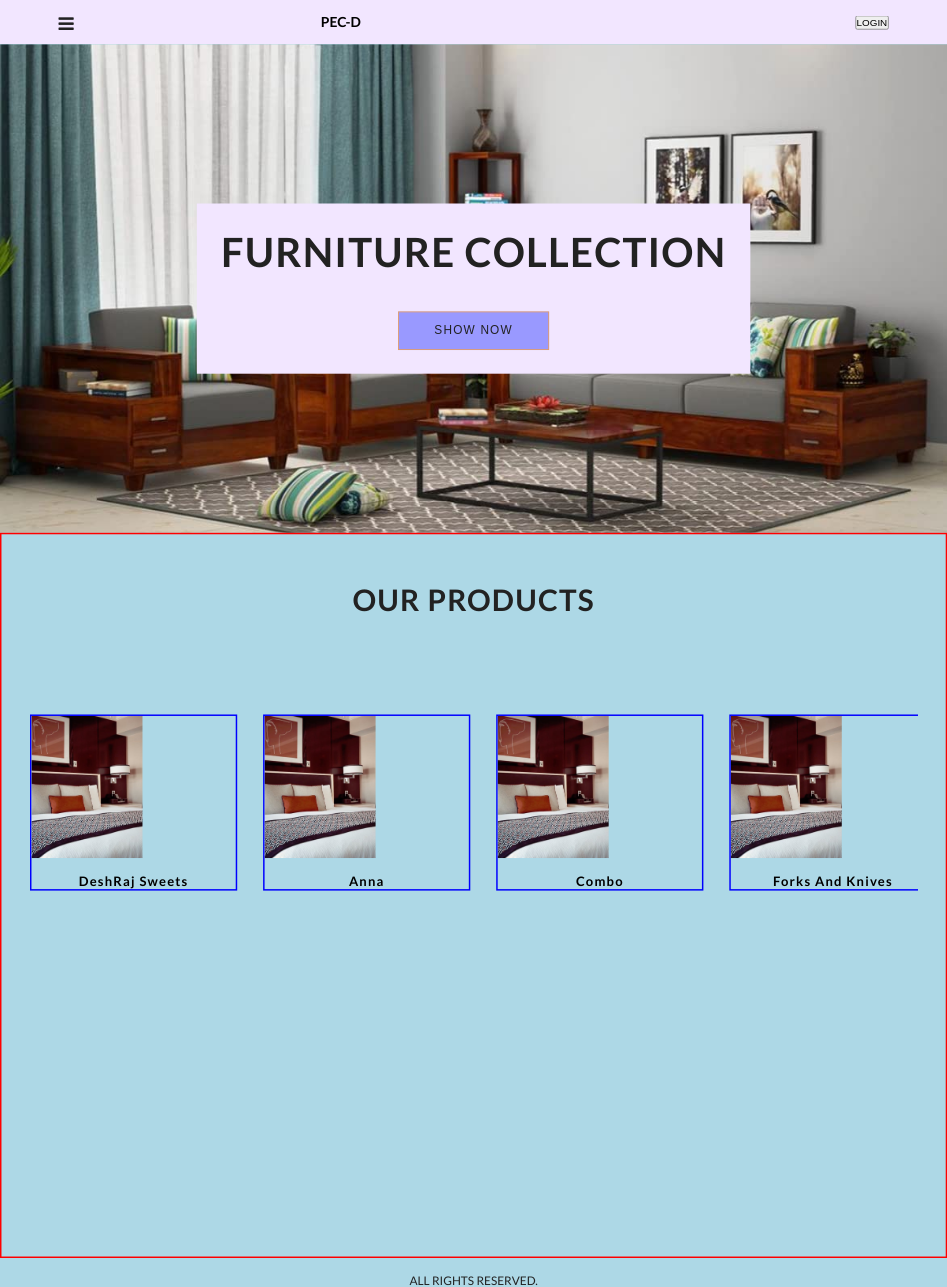
Repository: CHIR4G7/PEC-D
Page: http://localhost/
The author's editor kept a copy of each file at every save. The page is drawn from the files as they stood at one save, then again after the next save.
The browser window is 1280 px wide. The pictures show the whole page, at 74% of full size.
The page is served by the project's Node server (app.js).

Above is the page before, as saved 2023-07-08 02:00:08.

### public/index.html
<!DOCTYPE html>
<html lang="en">

<head>
    <meta charset="UTF-8">
    <meta http-equiv="X-UA-Compatible" content="IE=edge">
    <meta name="viewport" content="width=device-width, initial-scale=1.0">
    <title>PEC-D</title>
    <link rel="stylesheet" href="https://cdnjs.cloudflare.com/ajax/libs/font-awesome/4.7.0/css/font-awesome.min.css">
    <link rel="stylesheet" href="css/style.css">
</head>

<body>
    <!-- navabr -->
    <nav class="navbar">
        <div class="navbar-center">
            <span class="nav-icon">
                <i class="fa fa-bars"></i>
            </span>
            <!-- <img src="/images/logo.svg" alt="logo" class="sr"> -->
            <h3 class="logo-name">PEC-D</h3>
            <div class="cart-btn">
                <!-- <span class="nav-icon">
                    <i class="fa fa-cart-plus"></i>
                </span> -->
                <!-- <div class="cart-items">0</div> -->
            </div>
            <button>LOGIN</button>
        </div>
    </nav>
    <!-- end of navbar -->

    <!-- hero -->
    <header class="hero">
        <div class="banner">
            <h1 class="banner-title">FURNITURE COLLECTION</h1>
            <button class="banner-btn" onclick="document.getElementById('con').scrollIntoView();">SHOW NOW</button>
        </div>
    </header>
    <!-- end of hero -->

    <!-- products -->
    <div class="products">
         <div class="section-title">
            <h2>OUR PRODUCTS</h2>
        </div>
        <div class="body1">
            <div class="content" id="con">
                <ul class="content-inner">
                    <!-- <li class="card">
                        <article class="product">
                            <div class="img-container">
                                <img src="/images/product-1.jpeg" alt="product" class="product-img">
                                <button class="bag-btn" data-id="1">
                                    <i class="fa fa-shopping-cart"></i>
                                    add to bag.
                                </button>
                            </div>
                            <h3>add name</h3>

                        </article>
                    </li>
                    <li class="card">
                        <article class="product">
                            <div class="img-container">
                                <img src="/images/product-1.jpeg" alt="product" class="product-img">
                                <button class="bag-btn" data-id="1">
                                    <i class="fa fa-shopping-cart"></i>
                                    add to bag.
                                </button>
                            </div>
                            <h3>add name</h3>

                        </article>
                    </li>
                    <li class="card">
                        <article class="product">
                            <div class="img-container">
                                <img src="/images/product-1.jpeg" alt="product" class="product-img">
                                <button class="bag-btn" data-id="1">
                                    <i class="fa fa-shopping-cart"></i>
                                    add to bag.
                                </button>
                            </div>
                            <h3>add name</h3>

                        </article>
                    </li> -->

                </ul>
            </div>
        </div>
        <div class="products-center">
            <!-- single product -->

            <!-- PRODCUT DETIALS -->
            <!-- <article class="product">
                <div class="img-container">
                    <img src="/images/product-1.jpeg" alt="product" class="product-img">
                    <button class="bag-btn" data-id="1">
                        <i class="fa fa-shopping-cart"></i>
                        add to bag.
                    </button>
                </div>
                <h3>add name</h3>

            </article> -->
            <!-- THIS IS END OF PRODUCT DETIALS -->

            <!-- PRODCUT DETIALS -->
            <!-- <article class="product">
                <div class="img-container">
                    <img src="/images/product-8.jpeg" alt="product" class="product-img">
                    <button class="bag-btn" data-id="1">
                        <i class="fa fa-shopping-cart"></i>
                        add to bag.
                    </button>
                </div>
                <h3>TABLE</h3>
                <h4>$11.99</h4>
            </article> -->
            <!-- THIS IS END OF PRODUCT DETIALS -->

            <!-- PRODCUT DETIALS -->
            <!-- <article class="product">
                <div class="img-container">
                    <img src="/images/product-7.jpeg" alt="product" class="product-img">
                    <button class="bag-btn" data-id="1">
                        <i class="fa fa-shopping-cart"></i>
                        add to bag.
                    </button>
                </div>
                <h3>COUCH</h3>
                <h4>$42.99</h4>
            </article> -->
            <!-- THIS IS END OF PRODUCT DETIAL -->

            <!-- PRODCUT DETIALS -->
            <!-- <article class="product">
                <div class="img-container">
                    <img src="/images/product-2.jpeg" alt="product" class="product-img">
                    <button class="bag-btn" data-id="1">
                        <i class="fa fa-shopping-cart"></i>
                        add to bag.
                    </button>
                </div>
                <h3>KING PANEL BED</h3>
                <h4>$12.99</h4>
            </article> -->
            <!-- THIS IS END OF PRODUCT DETIALS -->

            <!-- PRODCUT DETIALS -->
            <!-- <article class="product">
                <div class="img-container">
                    <img src="/images/product-5.jpeg" alt="product" class="product-img">
                    <button class="bag-btn" data-id="1">
                        <i class="fa fa-shopping-cart"></i>
                        add to bag.
                    </button>
                </div>
                <h3>FRIDGE</h3>
                <h4>$34.99</h4>
            </article> -->
            <!-- THIS IS END OF PRODUCT DETIALS -->

            <!-- PRODCUT DETIALS -->
            <!-- <article class="product">
                <div class="img-container">
                    <img src="/images/product-6.jpeg" alt="product" class="product-img">
                    <button class="bag-btn" data-id="1">
                        <i class="fa fa-shopping-cart"></i>
                        add to bag.
                    </button>
                </div>
                <h3>DRESSER</h3>
                <h4>$22.99</h4>
            </article> -->
            <!-- THIS IS END OF PRODUCT DETIALS -->

            <!-- PRODCUT DETIALS -->
            <!-- <article class="product">
                <div class="img-container">
                    <img src="/images/product-3.jpeg" alt="product" class="product-img">
                    <button class="bag-btn" data-id="1">
                        <i class="fa fa-shopping-cart"></i>
                        add to bag.
                    </button>
                </div>
                <h3>TWIN PANEL BED</h3>
                <h4>$17.99</h4>
            </article> -->
            <!-- THIS IS END OF PRODUCT DETIALS -->

            <!-- PRODCUT DETIALS -->
            <!-- <article class="product">
                <div class="img-container">
                    <img src="/images/product-4.jpeg" alt="product" class="product-img">
                    <button class="bag-btn" data-id="1">
                        <i class="fa fa-shopping-cart"></i>
                        add to bag.
                    </button>
                </div>
                <h3>SINGLE PANEL BED</h3>
                <h4>$23.99</h4>
            </article> -->
            <!-- THIS IS END OF PRODUCT DETIALS -->
        </div>
    </div>
    <!-- end of products -->




    <!-- CART BEGINS -->
    <!-- <div class="cart-overlay">
        <div class="cart">
            <span class="close-cart">
                <i class="fa fa-window-close"></i>
            </span>
            <h2>YOUR CART</h2>
            <div class="cart-content">
                 cart item
                 <div class="cart-item"> -->
                    <!-- <img src="/images/product-1.jpeg" alt="product">
                    <div>
                        <h4>QUEEN BED</h4>
                        <h5>$9.00</h5>
                        <span class="remove-item">Remove</span>
                    </div>
                    <div>
                        <i class="fa fa-chevron-up"></i>
                        <p class="item-amount">0</p>
                        <i class="fa fa-chevron-down"></i>
                    </div> -->
                <!-- </div> -->
                <!-- end of cart item -->

            </div>

            <!-- <div class="cart-footer">
                <h3>YOUR TOTAL : $ <span class="cart-total"></span></h3>
                <button class="clear-cart banner-btn">CLEAR CART</button>
            </div>

        </div> -->
    </div>
    <!-- CART ENDS -->
    <!-- FOOOTER -->
    <div class="footer">
        ALL RIGHTS RESERVED.
    </div>
    <!-- END OF THE FOOTER -->

    <script src="src/script.js"></script>
</body>

</html>

### app.js
import express from "express";
import bodyParser from "body-parser";

const app = express();
const port = 5002;
app.use(express.static("public"))
app.use(bodyParser.urlencoded({extended:true}));
app.set("view engine","ejs");


app.get("/",(request,response)=>
{
    response.sendFile("/Users/chirag/Desktop/PEC D/public/index.html");
})

app.listen(port,()=>
{
    console.log("server working");
})

### public/css/style.css
@import url("https://fonts.googleapis.com/css?family=Lato:400,700");


/* creating variables */
:root {
    --primaryColor: #f09d51;
    --mainWhite: #fff;
    --mainBlack: #222;
    --mainGrey: #ececec;
    --mainSpacing: 0.1rem;
    --mainTransition: all 0.3s linear;
}

/* resetting elements */
* {
    margin: 0;
    padding: 0;
    box-sizing: border-box;
}


body {
    color: var(--mainBlack);
    background: lightblue;
    font-family: "Lato", sans-serif;
}


/* navbar */
.navbar {
    position: sticky;
    top: 0;
    height: 60px;
    width: 100%;
    display: flex;
    align-items: center;
    background: #f2e6ff;
    z-index: 1;
}

.logo-name
{
    color: black;
}

.navbar-center {
    width: 100%;
    max-width: 1170px;
    margin: 0 auto;
    display: flex;
    align-items: center;
    justify-content: space-between;
    padding: 0 1.5rem;
}

.nav-icon {
    font-size: 1.5rem;
}

.cart-btn {
    position: relative;
    cursor: pointer;
}

.cart-items {
    position: absolute;
    top: -8px;
    right: -8px;
    background: var(--primaryColor);
    padding: 0 5px;
    border-radius: 30%;
    color: var(--mainWhite);
}

/* hero */
.hero {
    min-height: calc(100vh - 60px);
    background: url("./images/bg-3.jpg") center/cover no-repeat;
    display: flex;
    align-items: center;
    justify-content: center;
  }
  .banner {
    text-align: center;
    background: #f2e6ff;
    display: inline-block;
    padding: 2rem;
  }
  .banner-title {
    font-size: 3.4rem;
    text-transform: uppercase;
    letter-spacing: var(--mainSpacing);
    margin-bottom: 3rem;
  }
  .banner-btn {
    padding: 1rem 3rem;
    text-transform: uppercase;
    letter-spacing: var(--mainSpacing);
    font-size: 1rem;
    background: #9999FF;
    color: var(--mainBlack);
    border: 1px solid var(--primaryColor);
    transition: var(--mainTransition);
    cursor: pointer;
  }
  .banner-btn:hover {
    background: transparent;
    color: var(--primaryColor);
  }


  /* products */
  .products {
    padding: 4rem 0;
    border: 2px solid red;
  }
  .section-title h2 {
    text-align: center;
    font-size: 2.5rem;
    margin-bottom: 5rem;
    text-transform: capitalize;
    letter-spacing: var(--mainSpacing);
  }
  .products-center {
    width: 90vw;
    margin: 0 auto;
    max-width: 1170px;
    display: grid;
    grid-template-columns: repeat(auto-fit, minmax(260px, 1fr));
    grid-column-gap: 1.5rem;
    grid-row-gap: 2rem;
  }
  .img-container {
    position: relative;
    overflow: hidden;
  }
  .bag-btn {
    position: absolute;
    top: 70%;
    right: 0;
    background: var(--primaryColor);
    border: none;
    text-transform: uppercase;
    padding: 0.5rem 0.75rem;
    letter-spacing: var(--mainSpacing);
    font-weight: bold;
    transition: var(--mainTransition);
    transform: translateX(101%);
    cursor: pointer;
  }
  .bag-btn:hover {
    color: var(--mainWhite);
  }
  .fa-shopping-cart {
    margin-right: 0.5rem;
  }
  .img-container:hover .bag-btn {
    transform: translateX(0);
  }
  .product-img {
    display: block;
    width: 100%;
    min-height: 12rem;
    transition: var(--mainTransition);
  }
  .img-container:hover .product-img {
    opacity: 0.5;
  }

  .product
  {
    border: 2px solid blue;
  }

  .product h3 {
    text-transform: capitalize;
    font-size: 1.1rem;
    margin-top: 1rem;
    letter-spacing: var(--mainSpacing);
    text-align: center;
  }

  .product h4 {
    margin-top: 0.7rem;
    letter-spacing: var(--mainSpacing);
    color: var(--primaryColor);
    text-align: center;
  }


   /* slider*/

   .body1
{
    display: flex;

    justify-content: center;
    min-height: 100vh;
    /* background-color: lawngreen; */
    /* border: 2px solid yellow; */
    padding: 0 35px;
}
.card img
{
    height: 150px;
    width: 150px;
    margin-bottom: 5px;
    object-fit: cover;
}
.content
{
    max-width: 1200px;
    width: 100%;
    /* position: relative; */
    /* border: 2px solid red; */
}
.content .content-inner
{
    display: grid;
    grid-auto-flow: column;
    grid-auto-columns: 25%;
    gap: 15px;
    /* overflow: hidden; */
    overflow-x: auto;
    scroll-snap-type: x mandatory;
    scroll-behavior: smooth;
    scrollbar-width: 0;

}
.content .card
{
    list-style: none;
    /* background-color: lightblue; */
    color: black;
    border-radius: 10px;
    height: 342px;
     display: flex;
    flex-direction: column;
    /*align-items: center;*/
    justify-content: center;
    cursor: pointer;
    width: 280px;

}
.content i
{
    height: 30px;
    width: 50px;
    margin: 10px;
    background-color: wheat;
    color: black;
    text-align: center;
    line-height: 25px;
    border-radius: 50%;
    cursor: pointer;
}
.card-item
{
    display: flex;
    flex-direction: column;
    justify-content: center;
    align-items: center;
    margin: 15px;
    padding-top: 5px;
}
.card-item h4
{
    margin-bottom: 4px;
}

@media screen and (max-width : 600px) {
  .content .content-inner{
      grid-auto-columns: 100%;
      min-width: 300px;
  }
}

/* ENDING SLIDER WINDOW HERE */

  /* cart */
  .cart-overlay {
    position: fixed;
    top: 0;
    right: 0;
    width: 100%;
    height: 100%;
    transition: var(--mainTransition);
    background: rgb(240, 157, 81, 0.5);
    z-index: 2;
    visibility: hidden;
  }
  .cart {
    position: fixed;
    top: 0;
    right: 0;
    width: 100%;
    height: 100%;
    overflow: scroll;
    z-index: 3;
    background: rgb(231, 226, 221);
    padding: 1.5rem;
    transition: var(--mainTransition);
    transform: translateX(100%);
  }
  .showCart {
    transform: translateX(0);
  }
  .transparentBcg {
    visibility: visible;
  }
  @media screen and (min-width: 768px) {
    .cart {
      width: 30vw;
      min-width: 450px;
    }
  }

  .close-cart {
    font-size: 1.7rem;
    cursor: pointer;
  }
  .cart h2 {
    text-transform: capitalize;
    text-align: center;
    letter-spacing: var(--mainSpacing);
    margin-bottom: 2rem;
  }
  /*---------- Cart Item -------------------- */
  .cart-item {
    display: grid;
    align-items: center;
    grid-template-columns: auto 1fr auto;
    grid-column-gap: 1.5rem;
    margin: 1.5rem 0;
  }
  .cart-item img {
    width: 75px;
    height: 75px;
  }
  .cart-item h4 {
    font-size: 0.85rem;
    text-transform: capitalize;
    letter-spacing: var(--mainSpacing);
  }
  .cart-item h5 {
    margin: 0.5rem 0;
    letter-spacing: var(--mainSpacing);
  }
  .item-amount {
    text-align: center;
  }
  .remove-item {
    color: black;
    cursor: pointer;
  }
  .fa-chevron-up,
  .fa-chevron-down {
    color: var(--primaryColor);
    cursor: pointer;
  }
  /*---------- End of Cart Item -------------------- */

  .cart-footer {
    margin-top: 2rem;
    letter-spacing: var(--mainSpacing);
    text-align: center;
  }
  .cart-footer h3 {
    text-transform: capitalize;
    margin-bottom: 1rem;
  }


  /* FOOTER */
  .footer
  {
    position: relative;
    text-align: center;
    top: 20px;
  }

### public/src/script.js


const productsDOM = document.querySelector('.content-inner');

let shoparray = [];//ISME SAAARI KI SAARI DETAILS PADI HAIN PRODUCT K

class Shops{

    async getProducts() {
        try {
            let result = await fetch('./shops.json');
            let data = await result.json();

            //destructuring
            const shopsArray = data.shops.map(shop => ({ id: shop.id, name: shop.sname, image: shop.image}));

            return shopsArray;
        }
        catch (error) {
            console.log("r");
        }
    }

};

class display
{
    displayShops(shops)
    {
        let result = '';
       shops.forEach((shop)=>
       {
        console.log(shop.id);
        // result+=`${shop.id}`
        result+=` <li class="card">
        <article class="product">
            <div class="img-container">
                <img src="/images/product-1.jpeg" alt="product" class="product-img">
                <button class="bag-btn" data-id="1">

                    VISIT
                </button>
            </div>
            <h3>${shop.name}</h3>

        </article>
    </li>`;

       })
    //    console.log("c");
    productsDOM.innerHTML = result;
    }
};





//displaying the products

function displayProducts(shoparray)
{
    let result = '';
    shoparray.forEach(product => {
        result += `      <article class="product">
        <div class="img-container">
            <img src="/images/product-1.jpeg" alt="product" class="product-img">
            <button class="bag-btn" data-id=${product.id}>
                <i class="fa fa-shopping-cart"></i>
                add to bag.
            </button>
        </div>
        <h3>${product.name}</h3>`;
        console.log(product);
    })
    productsDOM.innerHTML = result;
}


    // console.log(shoparray);

    // till here
    document.addEventListener("DOMContentLoaded", () => {
        //when dom loads get the product info stored in an array SHOPSARRAY
        // (async function () {
        //     try {
        //         const shopsarray = await getProducts();
        //         shopsarray.forEach((e) => {
        //             shoparray.push(e);
        //         })
        //     }
        //     catch (error) {
        //         console.log(error);
        //     }
        // })();
        // console.log(shoparray);
        // displayProducts(shoparray);
        const shops = new Shops();
        const displaying = new display();

        shops.getProducts().then(products=>
            {
                displaying.displayShops(products);
                // console.log(products);
            })

    })

### public/shops.json
{
    "shops" :
    [
        {
            "id" : 1,
            "sname" : "DeshRaj Sweets",
            "image" : "public/images/product-1.jpeg"
        },
        {
            "id" : 2,
            "sname" : "Anna",
            "image" : "public/images/product-1.jpeg"
        },
        {
            "id" : 3,
            "sname" : "Combo",
            "image" : "public/images/product-1.jpeg"
        },
        {
            "id" : 4,
            "sname" : "Forks and Knives",
            "image" : "public/images/product-1.jpeg"
        },
        {
            "id" : 5,
            "sname" : "Pandit",
            "image" : "public/images/product-1.jpeg"
        },
        {
            "id" : 6,
            "sname" : "Yankess",
            "image" : "public/images/product-1.jpeg"
        }
    ]
}

After the next save:
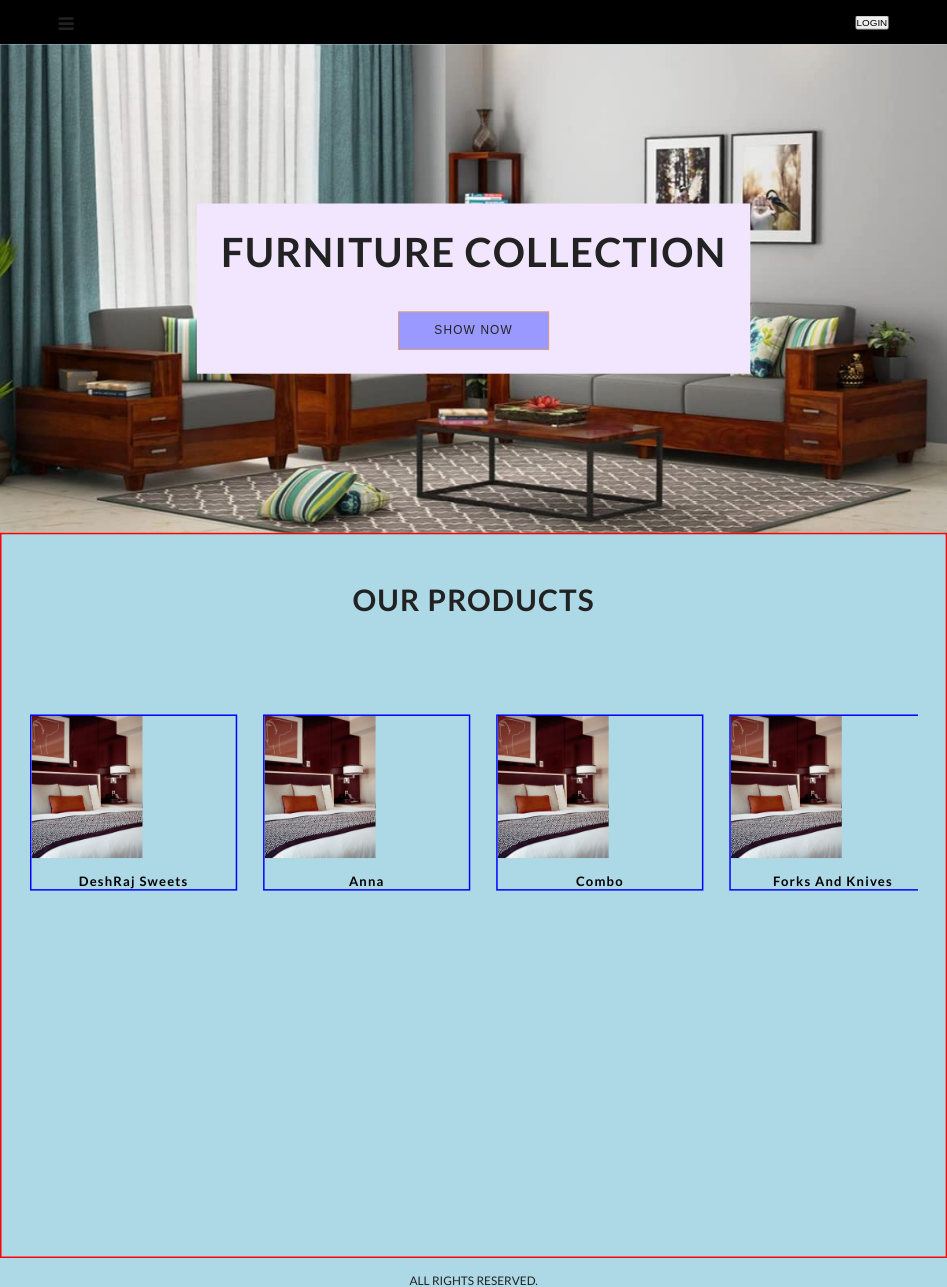
Saved 17 s later.
--- a/public/css/style.css
+++ b/public/css/style.css
@@ -34,7 +34,7 @@ body {
     width: 100%;
     display: flex;
     align-items: center;
-    background: #f2e6ff;
+    background: black;
     z-index: 1;
 }
 
